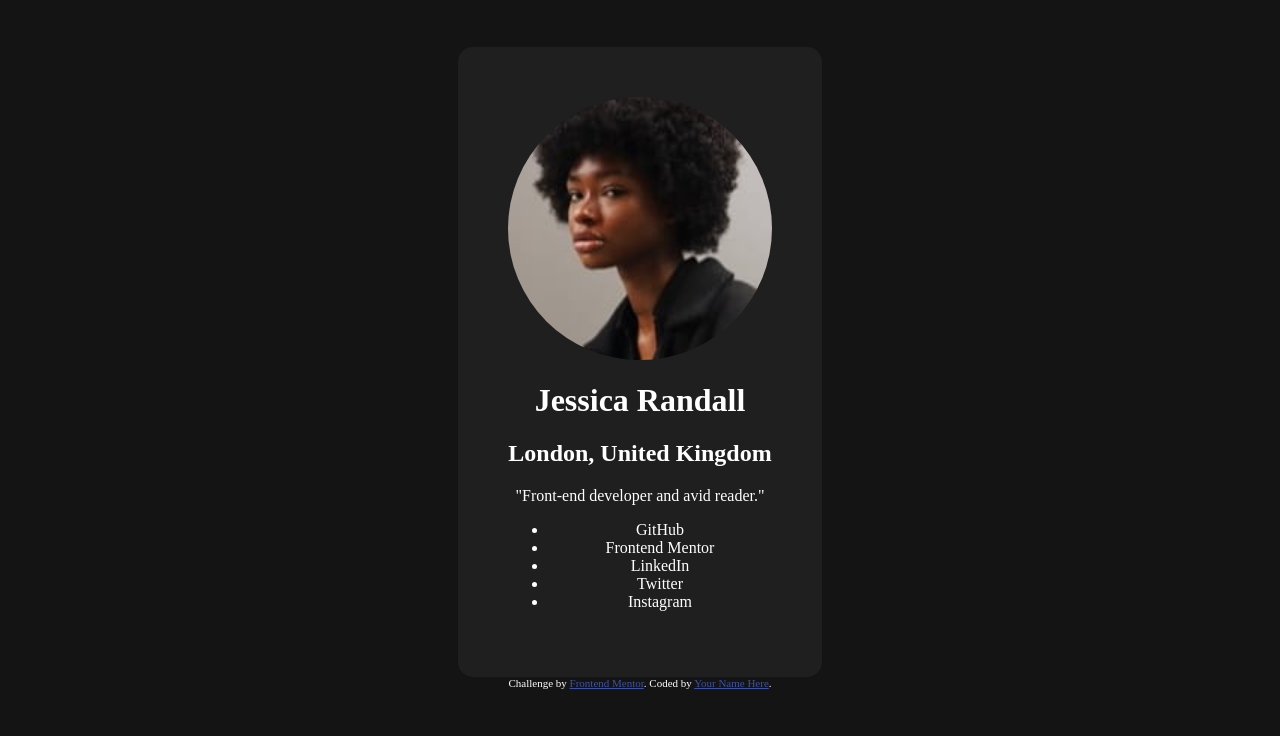
Repository: RudyJ/social-links-profile
Page: index.html
An editor plug-in stored every save of this project. The page is shown before and after the next save, followed by the edit.
The browser window is 1280 px wide. The pictures show the whole page.

Above is the page before, as saved 2024-04-02 19:35:24.

### index.html
<!DOCTYPE html>
<html lang="en">
<head>
  <meta charset="UTF-8">
  <meta name="viewport" content="width=device-width, initial-scale=1.0"> <!-- displays site properly based on user's device -->

  <link rel="icon" type="image/png" sizes="32x32" href="./assets/images/favicon-32x32.png">

  <title>Frontend Mentor | Social links profile</title>

  <link rel="stylesheet" href="./assets/css/style.css" />
  <!-- Feel free to remove these styles or customise in your own stylesheet 👍 -->
  <style>
    .attribution { font-size: 11px; text-align: center; }
    .attribution a { color: hsl(228, 45%, 44%); }
  </style>
</head>
<body>

  <div class="card">
    <div class="imagem">
      <img src="./assets/images/avatar-jessica.jpeg" />
    </div>
    <h1>Jessica Randall</h1>
    <h2>London, United Kingdom</h2>
    <p>"Front-end developer and avid reader."</p>
    <ul>
      <li>GitHub</li>
      <li>Frontend Mentor</li>
      <li>LinkedIn</li>
      <li>Twitter</li>
      <li>Instagram</li>
    </ul>
  </div>

  <div class="attribution">
    Challenge by <a href="https://www.frontendmentor.io?ref=challenge" target="_blank">Frontend Mentor</a>.
    Coded by <a href="#">Your Name Here</a>.
  </div>
</body>
</html>

### assets/css/style.css
body {
    background-color: hsl(0, 0%, 8%);
    color: hsl(0, 0%, 100%);
    display: flex;
    flex-direction: column;
    align-items: center;
    justify-content: center;
    height: 100vh;
    overflow: hidden;
}


body .card {
    background-color: hsl(0, 0%, 12%);
    padding:  50px;
    box-sizing: border-box;
    border-radius: 15px;
    text-align: center;
}

body .card .imagem {
    width: 100%;
    border-radius: 50%;
    overflow: hidden;
}

body .card .imagem img {
    width: 100%;
    display: block;
}

After the next save:
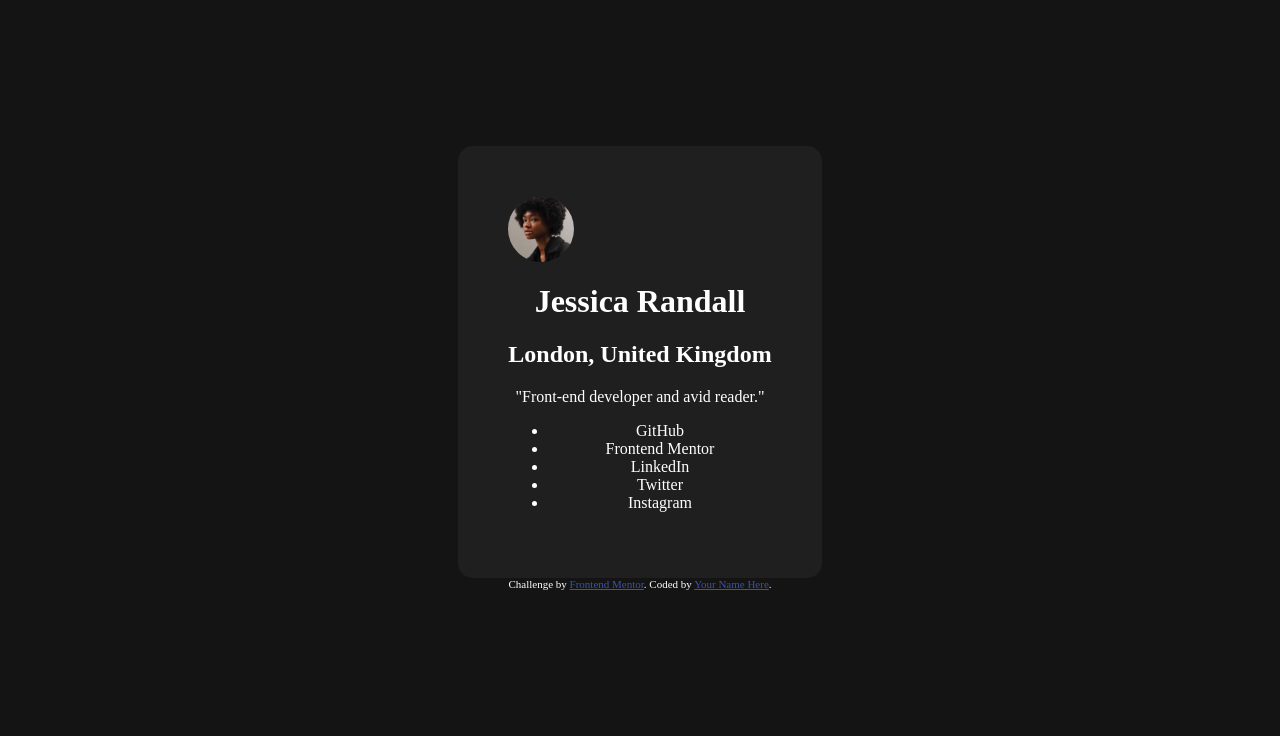
Saved 71 s later.
--- a/assets/css/style.css
+++ b/assets/css/style.css
@@ -19,7 +19,7 @@ body .card {
 }
 
 body .card .imagem {
-    width: 100%;
+    width: 25%;
     border-radius: 50%;
     overflow: hidden;
 }
